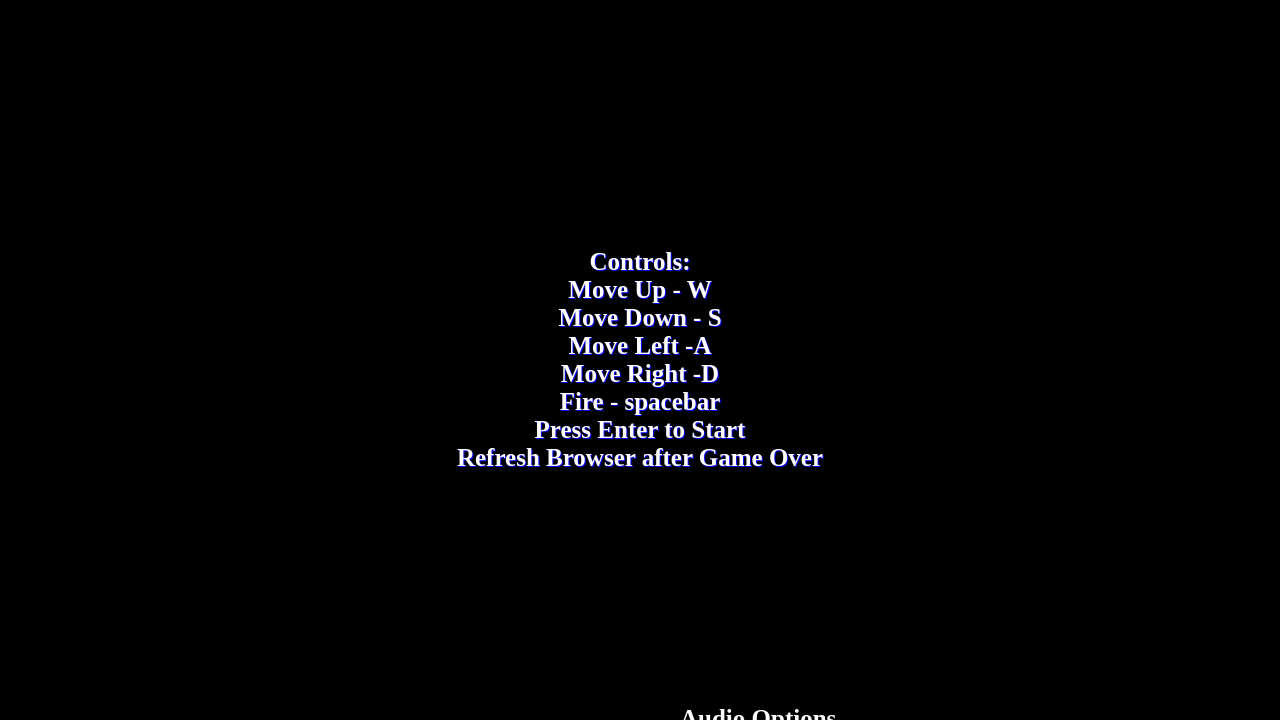
Repository: SammyGutierrez335/GalacticBreach
Page: index.html
These files come from the project's save history. The page is drawn as it stood at one moment and after the next save; the edit follows.
The browser window is 1280 px wide. The pictures show the whole page.

Above is the page before, as saved 2020-04-15 23:12:28.
Console error: TypeError: Cannot read properties of null (reading 'addEventListener')

After the next save:
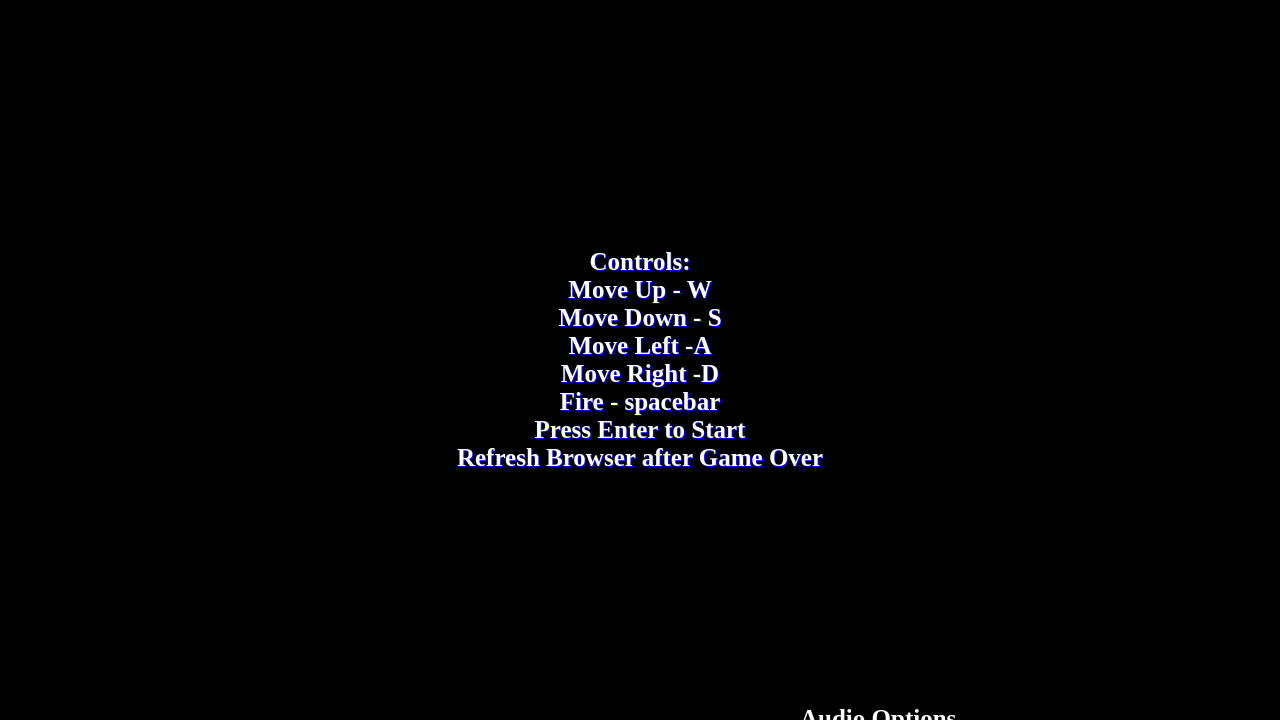
Saved 4 s later.
--- a/css/app.css
+++ b/css/app.css
@@ -51,7 +51,7 @@ canvas {
 }
 .audio-options{
   position: absolute;
-  left: 680px;
+  left: 800px;
   top: 680px;
   font-family: fantasy;
 }
